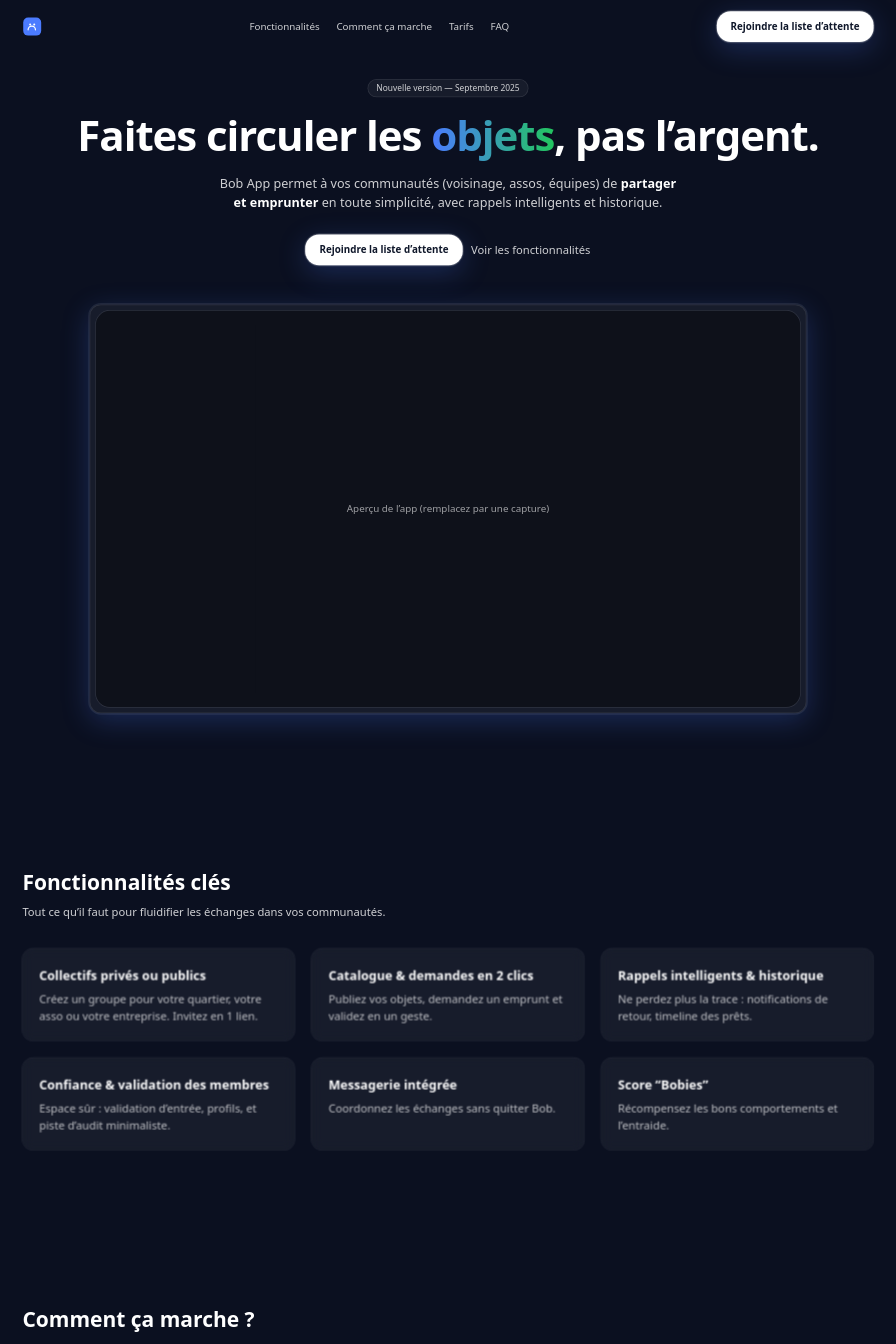
Repository: JeanCharlesMEILLAND/new-bob
Page: /
The author's editor kept a copy of each file at every save. The page is drawn from the files as they stood at one save, then again after the next save.
The browser window is 1280 px wide. The pictures show the part of the page from y = 0 to 1920 px (the page is 5044 px tall), at 70% of full size.
The page's requests for data from a server got no answer. The project was rebuilt for these pictures with package versions that can differ from the ones it lists, and the page was loaded fresh each time. The framework's server and built-in components were replaced by stand-ins that run in the browser. No one was signed in, and anything a server would have sent is missing. Also part of the build but not shown: next.config.ts.

Above is the page before, as saved 2025-08-12 01:02:35.

### src/app/layout.tsx
import type { Metadata } from 'next'
import './globals.css'
import { inter, jakarta } from './fonts'
import Navbar from '@/components/Navbar'
import Footer from '@/components/Footer'
import Analytics from '@/components/Analytics'

const name = process.env.NEXT_PUBLIC_SITE_NAME || 'Bob App'
const baseUrl = process.env.NEXT_PUBLIC_SITE_URL || 'https://www.bobapp.fr'

export const metadata: Metadata = {
  metadataBase: new URL(baseUrl),
  title: `${name} — Partagez & empruntez simplement`,
  description:
    'Bob App permet à vos communautés de partager et emprunter des objets en toute simplicité, avec rappels et historique. Faites circuler les objets, pas l’argent.',
  alternates: { canonical: '/' },
  openGraph: {
    title: `${name} — Partagez & empruntez simplement`,
    description:
      'Faites circuler les objets, pas l’argent. Bob App facilite le prêt et l’emprunt au sein de vos collectifs.',
    url: baseUrl,
    siteName: name,
    images: ['/api/og'],
    type: 'website',
  },
  twitter: {
    card: 'summary_large_image',
    title: `${name} — Partagez & empruntez simplement`,
    description: 'Faites circuler les objets, pas l’argent.',
    images: ['/api/og'],
  },
  robots: { index: true, follow: true },
}

export default function RootLayout({ children }: { children: React.ReactNode }) {
  return (
    <html lang="fr" className={`${inter.variable} ${jakarta.variable}`}>
      <body className="min-h-screen bg-[--bg] text-[--fg] antialiased">
        <Navbar />
        <main>{children}</main>
        <Footer />
        <Analytics />
      </body>
    </html>
  )
}

### src/app/page.tsx
import Hero from '@/components/sections/Hero'
import Features from '@/components/sections/Features'
import HowItWorks from '@/components/sections/HowItWorks'
import Showcase from '@/components/sections/Showcase'
import Testimonials from '@/components/sections/Testimonials'
import Pricing from '@/components/sections/Pricing'
import CTA from '@/components/sections/CTA'

export default function Page() {
  return (
    <>
      <Hero />
      <Features />
      <HowItWorks />
      <Showcase />
      <Testimonials />
      <Pricing />
      <CTA />
    </>
  )
}

### src/app/globals.css
@import "tailwindcss";

:root {
  --bg: #0b1020;
  --fg: #ffffff;
}

html, body {
  scroll-behavior: smooth;
  background: var(--bg);
  color: var(--fg);
}

/* === Tokens Tailwind v4 pour tes classes custom === */
@theme {
  /* Colors */
  --color-ink: #0f172a;
  --color-brand-50:  #f3f7ff;
  --color-brand-100: #e8efff;
  --color-brand-200: #cfe0ff;
  --color-brand-300: #a6c2ff;
  --color-brand-400: #7ba1ff;
  --color-brand-500: #4b7bff;
  --color-brand-600: #2f5df3;
  --color-brand-700: #2549c6;
  --color-brand-800: #1f3ca0;
  --color-brand-900: #1e367f;

  /* Radius */
  --radius-xl2: 1.25rem; /* => rounded-xl2 */

  /* Shadows */
  --shadow-glow: 0 0 0 2px rgba(255,255,255,0.08),
                 0 10px 40px rgba(75,123,255,0.25); /* => shadow-glow */
}
.container-gutter {
  @apply mx-auto max-w-7xl px-6 md:px-8;
}

.section {
  @apply py-20 md:py-28;
}

.card {
  @apply rounded-2xl bg-white/5 ring-1 ring-white/10 backdrop-blur;
}

.gradient-text {
  background: linear-gradient(90deg, #4b7bff 0%, #22c55e 100%);
  -webkit-background-clip: text;
  -webkit-text-fill-color: transparent;
  background-clip: text;
  color: transparent;
}

.bg-grid {
  background-image: linear-gradient(to right, rgba(255,255,255,0.06) 1px, transparent 1px),
    linear-gradient(to bottom, rgba(255,255,255,0.06) 1px, transparent 1px);
  background-size: 24px 24px;
}

*:focus-visible {
  outline: 2px solid rgba(75,123,255,0.9);
  outline-offset: 2px;
}

### src/app/fonts.ts
import { Inter, Plus_Jakarta_Sans } from 'next/font/google'

export const inter = Inter({
  subsets: ['latin'],
  variable: '--font-inter',
  display: 'swap',
})

export const jakarta = Plus_Jakarta_Sans({
  subsets: ['latin'],
  variable: '--font-jakarta',
  display: 'swap',
})

### src/components/Navbar.tsx
'use client'

import Link from 'next/link'
import Container from './ui/Container'
import Logo from './Logo'
import Button from './ui/Button'
import { useState, useEffect } from 'react'
import { clsx } from 'clsx'

export default function Navbar() {
  const [scrolled, setScrolled] = useState(false)

  useEffect(() => {
    const onScroll = () => setScrolled(window.scrollY > 20)
    onScroll()
    window.addEventListener('scroll', onScroll)
    return () => window.removeEventListener('scroll', onScroll)
  }, [])

  return (
    <header
      className={clsx(
        'fixed inset-x-0 top-0 z-50 transition-all',
        scrolled
          ? 'bg-black/50 backdrop-blur ring-1 ring-white/10'
          : 'bg-transparent'
      )}
    >
      <Container className="flex items-center justify-between py-4">
        <Link
          href="/"
          className="flex items-center gap-2"
          aria-label="Accueil Bob App"
        >
          <Logo />
          <span className="sr-only">Bob App</span>
        </Link>

        <nav
          aria-label="Navigation principale"
          className="hidden md:flex items-center gap-6 text-sm text-white/80"
        >
          <a href="#features" className="hover:text-white">Fonctionnalités</a>
          <a href="#how" className="hover:text-white">Comment ça marche</a>
          <a href="#pricing" className="hover:text-white">Tarifs</a>
          <a href="#faq" className="hover:text-white">FAQ</a>
        </nav>

        <div className="flex items-center gap-3">
          <Button href="#waitlist" className="hidden md:inline-flex">
            Rejoindre la liste d’attente
          </Button>
        </div>
      </Container>
    </header>
  )
}

### src/components/Footer.tsx
import Container from './ui/Container'

export default function Footer() {
  return (
    <footer className="border-t border-white/10 py-10 text-sm">
      <Container className="flex flex-col md:flex-row items-center justify-between gap-6 text-white/60">
        <p>© {new Date().getFullYear()} Bob App — Tous droits réservés.</p>
        <div className="flex items-center gap-6">
          <a href="/legal/terms" className="hover:text-white/90">CGU</a>
          <a href="/legal/privacy" className="hover:text-white/90">Vie privée</a>
          <a href="mailto:hello@bobapp.fr" className="hover:text-white/90">Contact</a>
        </div>
      </Container>
    </footer>
  )
}

### src/components/Analytics.tsx
'use client'

import Script from 'next/script'

export default function Analytics() {
  const gaId = process.env.NEXT_PUBLIC_GA_ID
  if (!gaId) return null

  return (
    <>
      <Script
        src={`https://www.googletagmanager.com/gtag/js?id=${gaId}`}
        strategy="afterInteractive"
      />
      <Script id="ga" strategy="afterInteractive">
        {`
        window.dataLayer = window.dataLayer || [];
        function gtag(){dataLayer.push(arguments);}
        gtag('js', new Date());
        gtag('config', '${gaId}');
        `}
      </Script>
    </>
  )
}

### src/components/sections/Hero.tsx
import Button from '@/components/ui/Button'
import Container from '@/components/ui/Container'

export default function Hero() {
  return (
    <section className="relative section pt-36">
      <div className="absolute inset-0 -z-10 bg-hero-radial bg-no-repeat opacity-70" />
      <div className="absolute inset-0 -z-20 bg-grid opacity-[0.25] [mask-image:radial-gradient(circle at center,black,transparent_70%)]" />
      <Container className="text-center">
        <div className="inline-flex items-center gap-2 rounded-full border border-white/10 bg-white/5 px-3 py-1 text-xs text-white/80">
          Nouvelle version — Septembre 2025
        </div>
        <h1 className="mt-6 text-5xl font-extrabold tracking-tight sm:text-6xl">
          Faites circuler les <span className="gradient-text">objets</span>, pas l’argent.
        </h1>
        <p className="mx-auto mt-6 max-w-2xl text-lg text-white/80">
          Bob App permet à vos communautés (voisinage, assos, équipes) de{' '}
          <strong className="text-white">partager et emprunter</strong> en toute simplicité,
          avec rappels intelligents et historique.
        </p>
        <div className="mt-8 flex flex-wrap items-center justify-center gap-3">
          <Button href="#waitlist" ariaLabel="Rejoindre la liste d’attente">
            Rejoindre la liste d’attente
          </Button>
          <a
            href="#features"
            className="text-white/80 hover:text-white underline-offset-4 hover:underline"
          >
            Voir les fonctionnalités
          </a>
        </div>

        <div
          aria-hidden="true"
          className="mx-auto mt-14 max-w-5xl rounded-2xl border border-white/10 bg-white/5 p-2 shadow-glow"
        >
          <div className="aspect-[16/9] w-full rounded-xl2 bg-black/40 ring-1 ring-white/10 flex items-center justify-center text-white/60">
            <span className="text-sm">Aperçu de l’app (remplacez par une capture)</span>
          </div>
        </div>
      </Container>
    </section>
  )
}

### src/components/sections/Features.tsx
import Container from '@/components/ui/Container'

const FEATURES = [
  {
    title: 'Collectifs privés ou publics',
    desc: 'Créez un groupe pour votre quartier, votre asso ou votre entreprise. Invitez en 1 lien.',
  },
  {
    title: 'Catalogue & demandes en 2 clics',
    desc: 'Publiez vos objets, demandez un emprunt et validez en un geste.',
  },
  {
    title: 'Rappels intelligents & historique',
    desc: 'Ne perdez plus la trace : notifications de retour, timeline des prêts.',
  },
  {
    title: 'Confiance & validation des membres',
    desc: 'Espace sûr : validation d’entrée, profils, et piste d’audit minimaliste.',
  },
  {
    title: 'Messagerie intégrée',
    desc: 'Coordonnez les échanges sans quitter Bob.',
  },
  {
    title: 'Score “Bobies”',
    desc: 'Récompensez les bons comportements et l’entraide.',
  },
]

export default function Features() {
  return (
    <section id="features" className="section">
      <Container>
        <h2 className="text-3xl font-bold">Fonctionnalités clés</h2>
        <p className="mt-3 max-w-2xl text-white/80">
          Tout ce qu’il faut pour fluidifier les échanges dans vos communautés.
        </p>

        <div className="mt-10 grid grid-cols-1 gap-6 md:grid-cols-2 lg:grid-cols-3">
          {FEATURES.map((f) => (
            <div key={f.title} className="card p-6 hover:shadow-glow transition-shadow">
              <h3 className="text-lg font-semibold">{f.title}</h3>
              <p className="mt-2 text-white/75">{f.desc}</p>
            </div>
          ))}
        </div>
      </Container>
    </section>
  )
}

### src/components/sections/HowItWorks.tsx
import Container from '@/components/ui/Container'

const STEPS = [
  { title: 'Créez votre collectif', desc: 'Voisins, asso, équipe — avec validation des membres.' },
  { title: 'Publiez vos objets', desc: 'Ajoutez photos, dispo et conditions simples.' },
  { title: 'Empruntez en 2 clics', desc: 'Demande, validation, rendez-vous — c’est tracé.' },
  { title: 'Retour & feedback', desc: 'Rappels automatiques, historique et “Bobies”.' },
]

export default function HowItWorks() {
  return (
    <section id="how" className="section">
      <Container>
        <h2 className="text-3xl font-bold">Comment ça marche ?</h2>
        <div className="mt-10 grid gap-6 md:grid-cols-4">
          {STEPS.map((s, i) => (
            <div key={s.title} className="card p-6">
              <div className="flex h-10 w-10 items-center justify-center rounded-full bg-white/10 ring-1 ring-white/20">
                {i + 1}
              </div>
              <h3 className="mt-4 font-semibold">{s.title}</h3>
              <p className="mt-2 text-white/75">{s.desc}</p>
            </div>
          ))}
        </div>
      </Container>
    </section>
  )
}

### src/components/sections/Showcase.tsx
import Container from '@/components/ui/Container'

export default function Showcase() {
  return (
    <section className="section">
      <Container>
        <div className="grid items-center gap-8 md:grid-cols-2">
          <div>
            <h2 className="text-3xl font-bold">Pensé pour l’usage quotidien</h2>
            <p className="mt-3 text-white/80">
              Rappels discrets, timeline claire, et un catalogue agréable à parcourir.
              Remplacez les groupes de messagerie par une interface structurée, avec historique et validation.
            </p>
            <ul className="mt-6 space-y-2 text-white/80">
              <li>• Accès par lien/QR au collectif</li>
              <li>• Notifications de retour</li>
              <li>• Historique de prêts/retours</li>
              <li>• Messagerie légère intégrée</li>
            </ul>
          </div>
          <div className="rounded-2xl border border-white/10 bg-white/5 p-2">
            <div className="aspect-[9/16] w-full rounded-xl2 bg-black/40 ring-1 ring-white/10 flex items-center justify-center text-white/60">
              <span className="text-sm">Mockup mobile — remplacez par un screen</span>
            </div>
          </div>
        </div>
      </Container>
    </section>
  )
}

### src/components/sections/Testimonials.tsx
import Container from '@/components/ui/Container'

const TESTIMONIALS = [
  {
    name: 'Sarah, présidente d’asso',
    text: 'On a évité l’achat de matériel en doublon. L’interface est simple et tout le monde s’y retrouve.',
  },
  {
    name: 'Karim, voisinage',
    text: 'On se prête outillage et jeux pour les enfants. Les rappels évitent les oublis.',
  },
  {
    name: 'Élodie, RH',
    text: 'Parfait pour animer un collectif interne sur plusieurs sites. Traçabilité légère mais suffisante.',
  },
]

export default function Testimonials() {
  return (
    <section className="section">
      <Container>
        <h2 className="text-3xl font-bold">Ils en parlent</h2>
        <div className="mt-8 grid gap-6 md:grid-cols-3">
          {TESTIMONIALS.map((t) => (
            <figure key={t.name} className="card p-6">
              <blockquote className="text-white/90">&ldquo;{t.text}&rdquo;</blockquote>
              <figcaption className="mt-4 text-white/60">— {t.name}</figcaption>
            </figure>
          ))}
        </div>
      </Container>
    </section>
  )
}

### src/components/sections/Pricing.tsx
import Container from '@/components/ui/Container'
import Button from '@/components/ui/Button'

export default function Pricing() {
  return (
    <section id="pricing" className="section">
      <Container>
        <h2 className="text-3xl font-bold">Tarifs simples</h2>
        <p className="mt-3 max-w-2xl text-white/80">
          Démarrez gratuitement. Montez en puissance avec votre collectif.
        </p>

        <div className="mt-10 grid gap-6 md:grid-cols-3">
          <div className="card p-6">
            <h3 className="text-xl font-bold">Gratuit</h3>
            <p className="mt-1 text-white/70">Pour tester en petit comité</p>
            <ul className="mt-4 space-y-2 text-white/80">
              <li>• Jusqu’à 20 membres</li>
              <li>• 50 objets</li>
              <li>• Rappels & historique</li>
            </ul>
            <Button href="#waitlist" className="mt-6 w-full">
              Démarrer
            </Button>
          </div>

          <div className="card p-6 ring-2 ring-brand-500">
            <h3 className="text-xl font-bold">Communauté</h3>
            <p className="mt-1 text-white/70">Pour une asso ou un quartier</p>
            <ul className="mt-4 space-y-2 text-white/80">
              <li>• Jusqu’à 200 membres</li>
              <li>• Illimité objets</li>
              <li>• Messagerie + “Bobies”</li>
            </ul>
            <Button href="#waitlist" className="mt-6 w-full">
              Rejoindre
            </Button>
          </div>

          <div className="card p-6">
            <h3 className="text-xl font-bold">Entreprise</h3>
            <p className="mt-1 text-white/70">Pour équipes & sites multiples</p>
            <ul className="mt-4 space-y-2 text-white/80">
              <li>• Membres illimités</li>
              <li>• Admin & SSO</li>
              <li>• SLA & support</li>
            </ul>
            <Button href="#waitlist" className="mt-6 w-full">
              Contacter
            </Button>
          </div>
        </div>
      </Container>
    </section>
  )
}

### src/components/sections/CTA.tsx
'use client'

import { useState } from 'react'
import Container from '@/components/ui/Container'
import Button from '@/components/ui/Button'

export default function CTA() {
  const [email, setEmail] = useState('')
  const [status, setStatus] = useState<'idle' | 'loading' | 'ok' | 'err'>('idle')

  async function join(e: React.FormEvent) {
    e.preventDefault()
    setStatus('loading')
    try {
      const res = await fetch('/api/waitlist', {
        method: 'POST',
        headers: { 'Content-Type': 'application/json' },
        body: JSON.stringify({ email }),
      })
      if (!res.ok) throw new Error('HTTP ' + res.status)
      setStatus('ok')
      setEmail('')
    } catch {
      setStatus('err')
    }
  }

  return (
    <section id="waitlist" className="section">
      <Container className="text-center">
        <h2 className="text-3xl font-bold">Rejoignez la liste d’attente</h2>
        <p className="mt-3 text-white/80">
          Soyez les premiers informés du lancement, recevez des accès anticipés et des bonus de
          démarrage.
        </p>
        <form onSubmit={join} className="mx-auto mt-8 flex max-w-md items-center gap-2">
          <label className="sr-only" htmlFor="email">
            Adresse email
          </label>
          <input
            id="email"
            required
            type="email"
            placeholder="votre@email.fr"
            value={email}
            onChange={(e) => setEmail(e.target.value)}
            className="w-full rounded-xl2 border border-white/10 bg-white/10 px-4 py-3 text-white placeholder-white/50 focus:outline-none"
          />
          <Button type="submit" className="whitespace-nowrap">
            {status === 'loading'
              ? 'Envoi…'
              : status === 'ok'
              ? 'Inscrit ✔︎'
              : 'S’inscrire'}
          </Button>
        </form>
        {status === 'err' && (
          <p className="mt-2 text-red-300">Oups, une erreur est survenue. Réessayez.</p>
        )}
      </Container>
    </section>
  )
}

### src/components/ui/Container.tsx
import { clsx } from 'clsx'

export default function Container({
  children,
  className
}: {
  children: React.ReactNode
  className?: string
}) {
  return <div className={clsx('container-gutter', className)}>{children}</div>
}

### src/components/Logo.tsx
export default function Logo({ className = 'h-7 w-auto' }: { className?: string }) {
  return (
    <svg className={className} viewBox="0 0 48 48" fill="none" aria-label="Bob App logo">
      <rect x="2" y="2" width="44" height="44" rx="12" fill="url(#g)" />
      <path d="M14 32c0-5 4-9 9-9s9 4 9 9" stroke="white" strokeWidth="3" strokeLinecap="round" />
      <circle cx="19" cy="19" r="2.5" fill="white" />
      <circle cx="29" cy="19" r="2.5" fill="white" />
      <defs>
        <linearGradient id="g" x1="2" y1="2" x2="46" y2="46">
          <stop stopColor="#4b7bff" />
          <stop offset="1" stopColor="#22c55e" />
        </linearGradient>
      </defs>
    </svg>
  )
}

### src/components/ui/Button.tsx
import { clsx } from 'clsx'
import Link from 'next/link'

type Props = {
  href?: string
  children: React.ReactNode
  onClick?: () => void
  className?: string
  type?: 'button' | 'submit' | 'reset'
  ariaLabel?: string
}

export default function Button({ href, children, onClick, className, type='button', ariaLabel }: Props) {
  const base = clsx(
    'inline-flex items-center justify-center rounded-xl2 px-5 py-3 text-sm font-semibold',
    'bg-white text-ink hover:bg-white/90 active:scale-[0.99]',
    'shadow-glow ring-1 ring-white/20 transition-transform'
  )

  if (href) {
    return <Link href={href} aria-label={ariaLabel} className={clsx(base, className)}>{children}</Link>
  }
  return <button type={type} onClick={onClick} aria-label={ariaLabel} className={clsx(base, className)}>{children}</button>
}

After the next save:
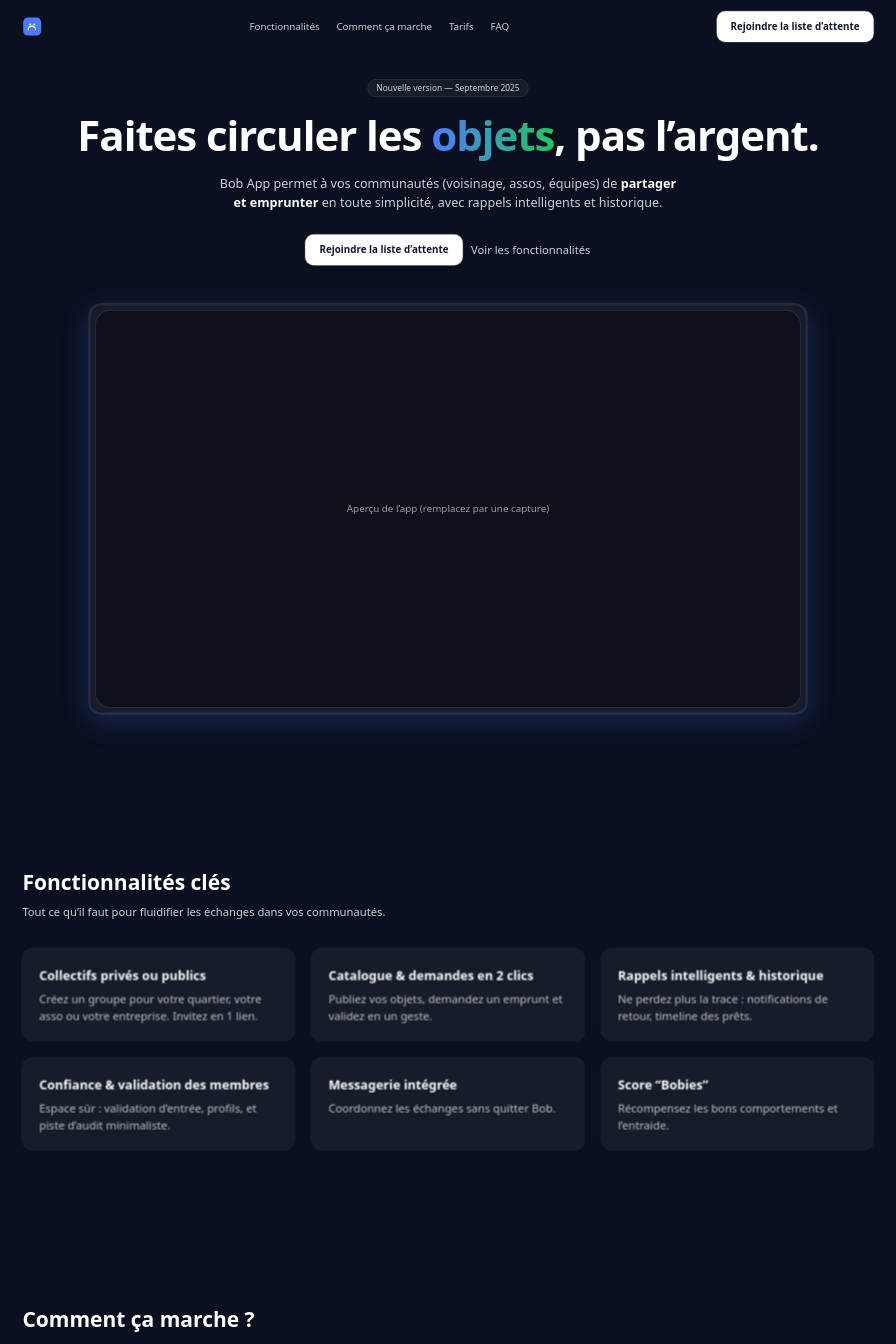
Saved 6 s later.
--- a/src/components/ui/Button.tsx
+++ b/src/components/ui/Button.tsx
@@ -12,13 +12,21 @@
 
 export default function Button({ href, children, onClick, className, type='button', ariaLabel }: Props) {
   const base = clsx(
-    'inline-flex items-center justify-center rounded-xl2 px-5 py-3 text-sm font-semibold',
-    'bg-white text-ink hover:bg-white/90 active:scale-[0.99]',
-    'shadow-glow ring-1 ring-white/20 transition-transform'
+    'inline-flex items-center justify-center rounded-xl px-5 py-3 text-sm font-semibold',
+    'bg-white text-slate-900 hover:bg-white/90 active:scale-[0.99]',
+    'ring-1 ring-white/20 transition-transform shadow'
   )
 
   if (href) {
-    return <Link href={href} aria-label={ariaLabel} className={clsx(base, className)}>{children}</Link>
+    return (
+      <Link href={href} aria-label={ariaLabel} className={clsx(base, className)}>
+        {children}
+      </Link>
+    )
   }
-  return <button type={type} onClick={onClick} aria-label={ariaLabel} className={clsx(base, className)}>{children}</button>
+  return (
+    <button type={type} onClick={onClick} aria-label={ariaLabel} className={clsx(base, className)}>
+      {children}
+    </button>
+  )
 }
